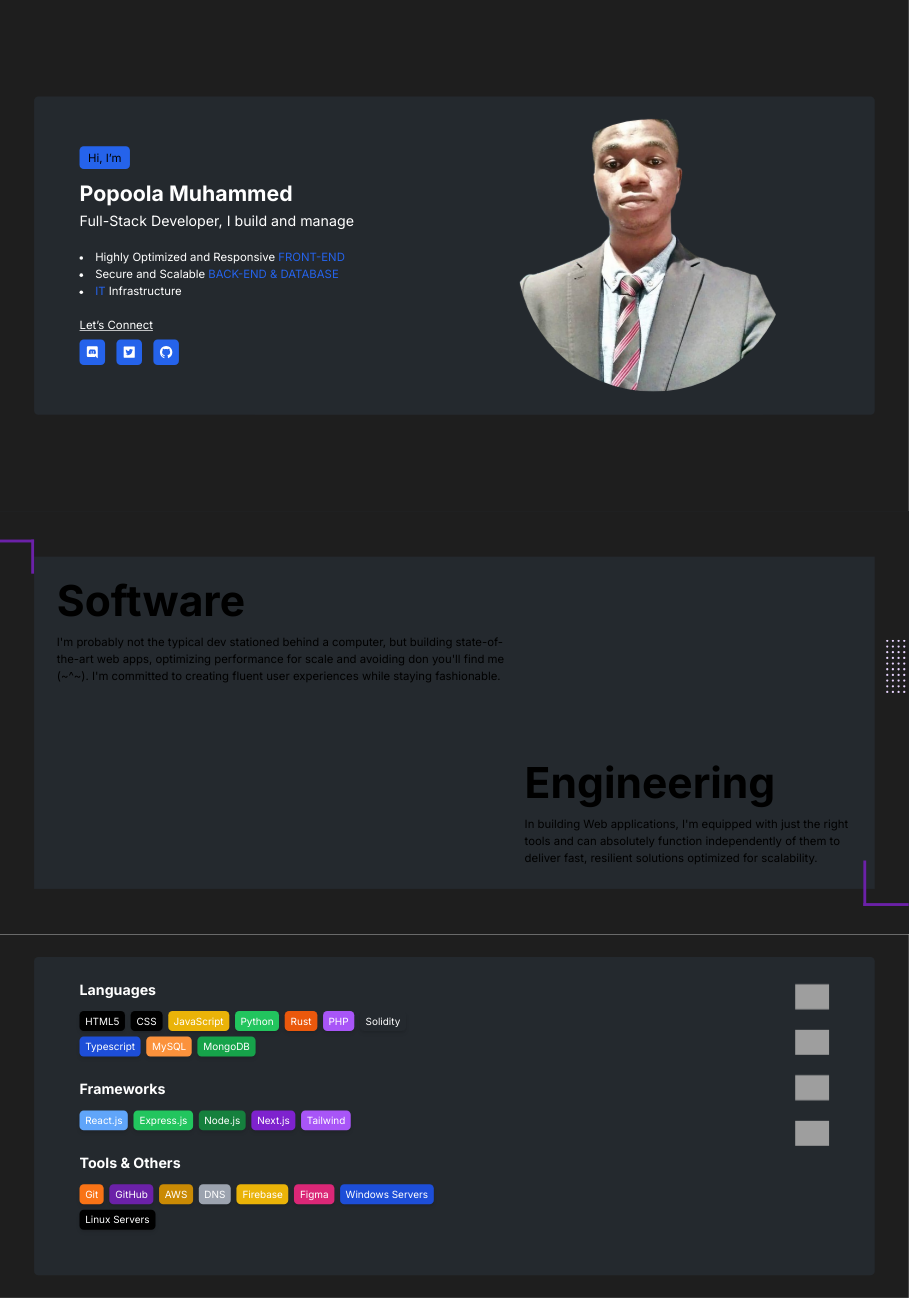
Repository: muhammedctgr/hammedctgr
Page: /
These files come from the project's save history. The page is drawn as it stood at one moment and after a run of saves; the edit follows.
The browser window is 1280 px wide. The pictures show the whole page, at 71% of full size.
Pictures or frames that could not be fetched are drawn as grey boxes. The project was rebuilt for these pictures with package versions that can differ from the ones it lists, and the page was loaded fresh each time. The framework's server and built-in components were replaced by stand-ins that run in the browser. Also part of the build but not shown: next.config.mjs.

Above is the page before, as saved 2024-08-04 23:00:11.

### app/layout.tsx
import type { Metadata } from "next";
import { Inter } from "next/font/google";
import "./globals.css";

const inter = Inter({ subsets: ["latin"] });

export const metadata: Metadata = {
  title: "Popoola Muhammed",
  description: "Generated by create next app",
};

export default function RootLayout({
  children,
}: Readonly<{
  children: React.ReactNode;
}>) {
  return (
    <html lang="en">
      <body className={inter.className}>{children}</body>
    </html>
  );
}

### app/page.tsx
import Head from 'next/head';
import Hero from '../components/Hero';
import SkillsSection from '@/components/SkillsSection';
import SummarySection from '@/components/SummarySection';


const Home = () => (
  <div>
    <Head>
      <title>Popoola Muhammed</title>
      <meta name="description" content="Welcome to my developer portfolio" />
    </Head>

    <Hero />
    <SummarySection />
    <SkillsSection />

  </div>
);

export default Home;

### app/globals.css
@tailwind base;
@tailwind components;
@tailwind utilities;

:root {
  --foreground-rgb: 0, 0, 0;
  --background-start-rgb: 214, 219, 220;
  --background-end-rgb: 255, 255, 255;
}

@media (prefers-color-scheme: dark) {
  :root {
    --foreground-rgb: 255, 255, 255;
    --background-start-rgb: 0, 0, 0;
    --background-end-rgb: 0, 0, 0;
  }
}

body {
  color: rgb(var(--foreground-rgb));
  background: linear-gradient(
      to bottom,
      transparent,
      rgb(var(--background-end-rgb))
    )
    rgb(var(--background-start-rgb));
}

@layer utilities {
  .text-balance {
    text-wrap: balance;
  }
}


@keyframes upDown {
  0%, 100% {
    transform: translateY(0);
  }
  50% {
    transform: translateY(-10px); /* Adjust the value as needed */
  }
}

.animate-upDown {
  animation: upDown 2s infinite ease-in-out; /* Adjust duration as needed */
}

### components/Hero.tsx
import Image from 'next/image';
import profilePic from '../public/profile.png';
import { AiFillDiscord, AiFillGithub, AiFillTwitterSquare, AiFillX } from 'react-icons/ai';

const Hero = () => {
  return (
    <section className="bg-gptGray px-4 py-8 md:px-8 lg:px-12 text-white min-h-screen flex items-center">
  <div className="container bg-githubGray rounded-md mx-auto flex flex-col md:flex-row items-center md:px-8">
    <div className="flex-1 text-left p-4 md:p-8">
      <div className="inline-block bg-blue-600 text-black py-1 px-3 mb-4 rounded-md">
        Hi, I’m
      </div>
      <div className="mb-6">
        <h1 className="text-xl md:text-3xl font-bold">Popoola Muhammed</h1>
        <p className="mt-2 text-lg md:text-xl">Full-Stack Developer, I build and manage</p>
      </div>
      <ul className="mt-4 list-disc list-inside">
        <li>Highly Optimized and Responsive <span className="text-blue-600">FRONT-END</span></li>
        <li>Secure and Scalable <span className="text-blue-600">BACK-END & DATABASE</span></li>
        <li><span className="text-blue-600">IT</span> Infrastructure</li>
      </ul>
      <div className="mt-6">
        <a href="#contact" className="underline">Let’s Connect</a>
        <div className="mt-2 flex justify-start space-x-4">
          <a href="#" className="bg-blue-600 p-2 rounded-md">
            <AiFillDiscord size={20} />
          </a>
          <a href="#" className="bg-blue-600 p-2 rounded-md">
            <AiFillTwitterSquare size={20} />
          </a>
          <a href="#" className="bg-blue-600 p-2 rounded-md">
            <AiFillGithub size={20} />
          </a>
        </div>
      </div>
    </div>
    <div className="flex-1 p-4 md:p-8">
      <div className="relative w-40 h-40 md:w-72 md:h-72 lg:w-96 lg:h-96 mx-auto">
        <Image src={profilePic} alt="Popoola Muhammed" layout="fill" className="rounded-full object-cover animate-upDown" />
      </div>
    </div>
  </div>
</section>
  );
};

export default Hero;

### components/SkillsSection.tsx
import Image from 'next/image';
import { FC } from 'react';

interface SkillCategory {
  title: string;
  skills: { name: string; color: string; }[];
}

const skills: SkillCategory[] = [
  {
    title: "Languages",
    skills: [
      { name: "HTML5", color: "bg-black" },
      { name: "CSS", color: "bg-black"},
      { name: "JavaScript", color: "bg-yellow-500" },
      { name: "Python", color: "bg-green-500" },
      { name: "Rust", color: "bg-orange-600" },
      { name: "PHP", color: "bg-purple-500" },
      { name: "Solidity", color: "bg-black-500" },
      { name: "Typescript", color: "bg-blue-700" },
      { name: "MySQL", color: "bg-orange-400" },
      { name: "MongoDB", color: "bg-green-600" },
    ],
  },
  {
    title: "Frameworks",
    skills: [
      { name: "React.js", color: "bg-blue-400" },
      { name: "Express.js", color: "bg-green-500" },
      { name: "Node.js", color: "bg-green-700" },
      { name: "Next.js", color: "bg-purple-700" },
      { name: "Tailwind", color: "bg-purple-500" },
    ],
  },
  {
    title: "Tools & Others",
    skills: [
      { name: "Git", color: "bg-orange-500" },
      { name: "GitHub", color: "bg-purple-800" },
      { name: "AWS", color: "bg-yellow-600" },
      { name: "DNS", color: "bg-gray-400" },
      { name: "Firebase", color: "bg-yellow-500" },
      { name: "Figma", color: "bg-pink-600" },
      { name: "Windows Servers", color: "bg-blue-700" },
      { name: "Linux Servers", color: "bg-black" },
    ],
  },
];

const icons = [
  "/icons/html5.svg", // Replace with your icon paths
  "/icons/css3.svg",
  "/icons/javascript.svg",
  "/icons/python.svg",
  // Add the rest of the icons as needed
];

const SkillsSection: FC = () => {
  return (
    <section className="px-4 py-8 md:px-8 lg:px-12 bg-gptGray text-white">
  <div className="container bg-githubGray rounded-md mx-auto flex flex-col md:flex-row items-start md:px-8">
    <div className="flex-1 p-4 md:p-8">
      {skills.map((category) => (
        <div key={category.title} className="mb-8">
          <h2 className="text-lg md:text-xl font-bold mb-4">{category.title}</h2>
          <div className="flex flex-wrap gap-2">
            {category.skills.map((skill) => (
              <span
                key={skill.name}
                className={`px-2 py-1 rounded-md text-sm ${skill.color} shadow-md`}
              >
                {skill.name}
              </span>
            ))}
          </div>
        </div>
      ))}
    </div>
    <div className="flex-1 flex flex-col items-center md:items-end">
      <div className="grid grid-cols-3 md:grid-cols-1 gap-4 p-4 md:p-8">
        {icons.map((src, index) => (
          <div key={index} className="w-10 h-10 md:w-12 md:h-12 relative">
            <Image src={src} alt={`icon-${index}`} layout="fill" objectFit="contain" />
          </div>
        ))}
      </div>
    </div>
  </div>
</section>
  );
};

export default SkillsSection;

### components/SummarySection.tsx
import { FC } from 'react';

const SummarySection: FC = () => {
  return (
<section className="px-4 py-16 md:px-8 lg:px-12 bg-gptGray relative overflow-hidden">
  <div className="container bg-githubGray mx-auto flex flex-col md:flex-row justify-between items-start md:px-8 p-4 md:p-8">
    <div className=" mb-8 md:mb-8">
      <div className="mb-4">
        <span className="text-4xl md:text-6xl font-bold">Software</span>
      </div>
      <p className="text-sm md:text-base">
        I'm probably not the typical dev stationed behind a computer, but building state-of-the-art web apps, optimizing performance for scale and avoiding don you'll find me (~^~). I'm committed to creating fluent user experiences while staying fashionable.
      </p>
    </div>
    <div className=" md:mt-64">
      <div className="mb-4">
        <span className="text-4xl md:text-6xl font-bold">Engineering</span>
      </div>
      <p className="text-sm md:text-base">
        In building Web applications, I'm equipped with just the right tools and can absolutely function independently of them to deliver fast, resilient solutions optimized for scalability.
      </p>
    </div>
  </div>

  {/* Decorative Elements */}
  <div className="absolute top-10 left-0 w-8 h-8 md:w-12 md:h-12 border-t-4 border-r-4 border-purple-800"></div>
  <div className="absolute bottom-10 right-0 w-12 h-12 md:w-16 md:h-16 border-b-4 border-l-4 border-purple-800"></div>
  <div className="absolute top-1/4 right-0 transform translate-x-4 translate-y-4 md:translate-x-12 md:translate-y-8">
    <svg className="fill-current text-purple-200" width="80" height="80" viewBox="0 0 100 100">
      {/* SVG circles */}
      {[...Array(10)].map((_, row) => (
        <g key={row} transform={`translate(0, ${row * 10})`}>
          {[...Array(10)].map((_, col) => (
            <circle key={col} cx={col * 10 + 2} cy="2" r="2" />
          ))}
        </g>
      ))}
    </svg>
  </div>
</section>
  );
};

export default SummarySection;

### tailwind.config.ts
import type { Config } from "tailwindcss";

const config: Config = {
  content: [
    "./pages/**/*.{js,ts,jsx,tsx,mdx}",
    "./components/**/*.{js,ts,jsx,tsx,mdx}",
    "./app/**/*.{js,ts,jsx,tsx,mdx}",
  ],
  theme: {
    extend: {
      backgroundImage: {
        "gradient-radial": "radial-gradient(var(--tw-gradient-stops))",
        "gradient-conic":
          "conic-gradient(from 180deg at 50% 50%, var(--tw-gradient-stops))",
      },
      colors: {
        githubGray: '#24292e',
        gptGray: '#1e1e1e' // Define the exact color
      },
    },
  },
  plugins: [],
};
export default config;

After the next 2 saves:
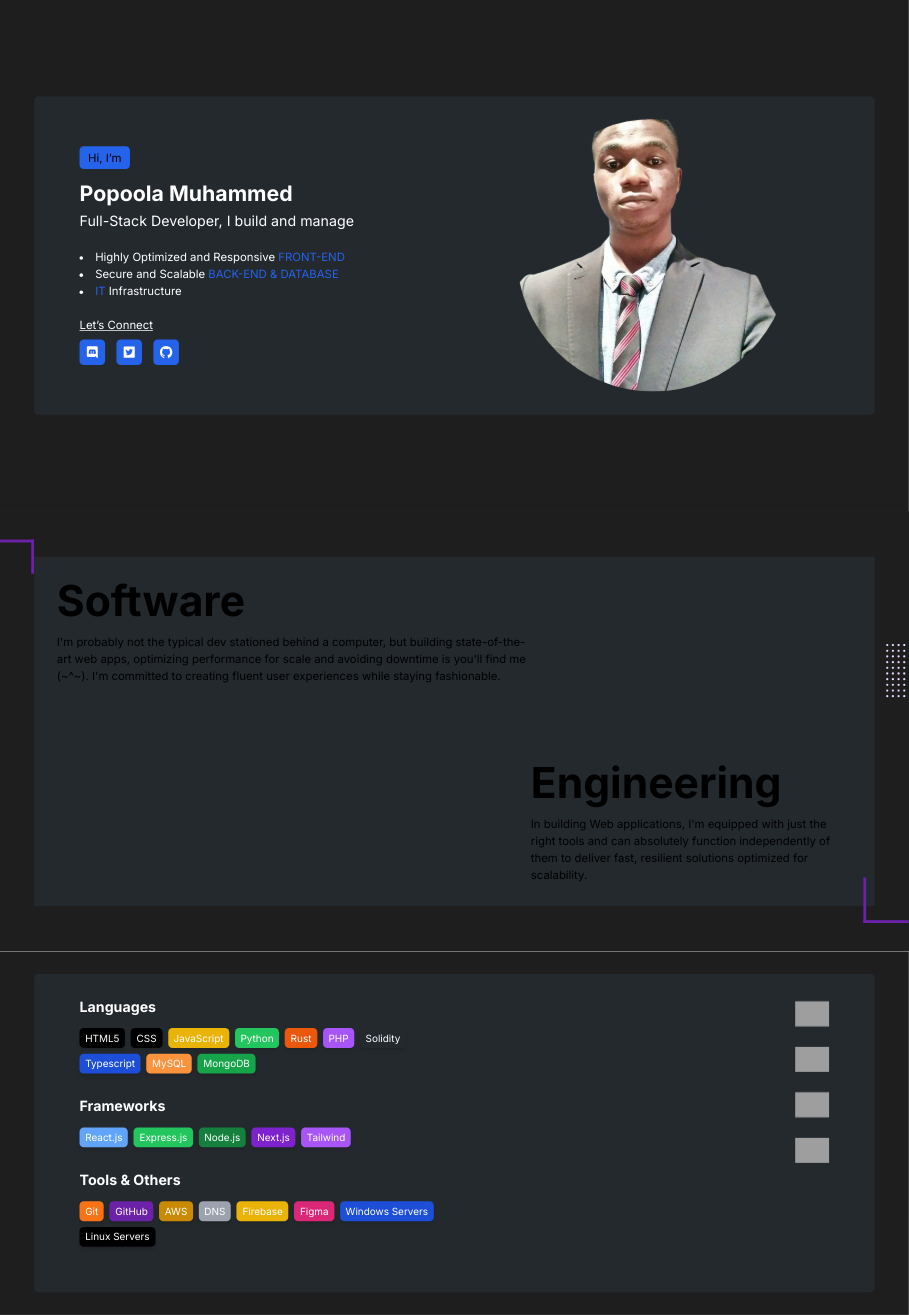
The 2 saves are shown as one change because they came seconds apart.
The last was saved 6 s later.
--- a/components/SummarySection.tsx
+++ b/components/SummarySection.tsx
@@ -9,7 +9,7 @@ const SummarySection: FC = () => {
         <span className="text-4xl md:text-6xl font-bold">Software</span>
       </div>
       <p className="text-sm md:text-base">
-        I'm probably not the typical dev stationed behind a computer, but building state-of-the-art web apps, optimizing performance for scale and avoiding don you'll find me (~^~). I'm committed to creating fluent user experiences while staying fashionable.
+        I'm probably not the typical dev stationed behind a computer, but building state-of-the-art web apps, optimizing performance for scale and avoiding downtime is  you'll find me (~^~). I'm committed to creating fluent user experiences while staying fashionable.
       </p>
     </div>
     <div className=" md:mt-64">
